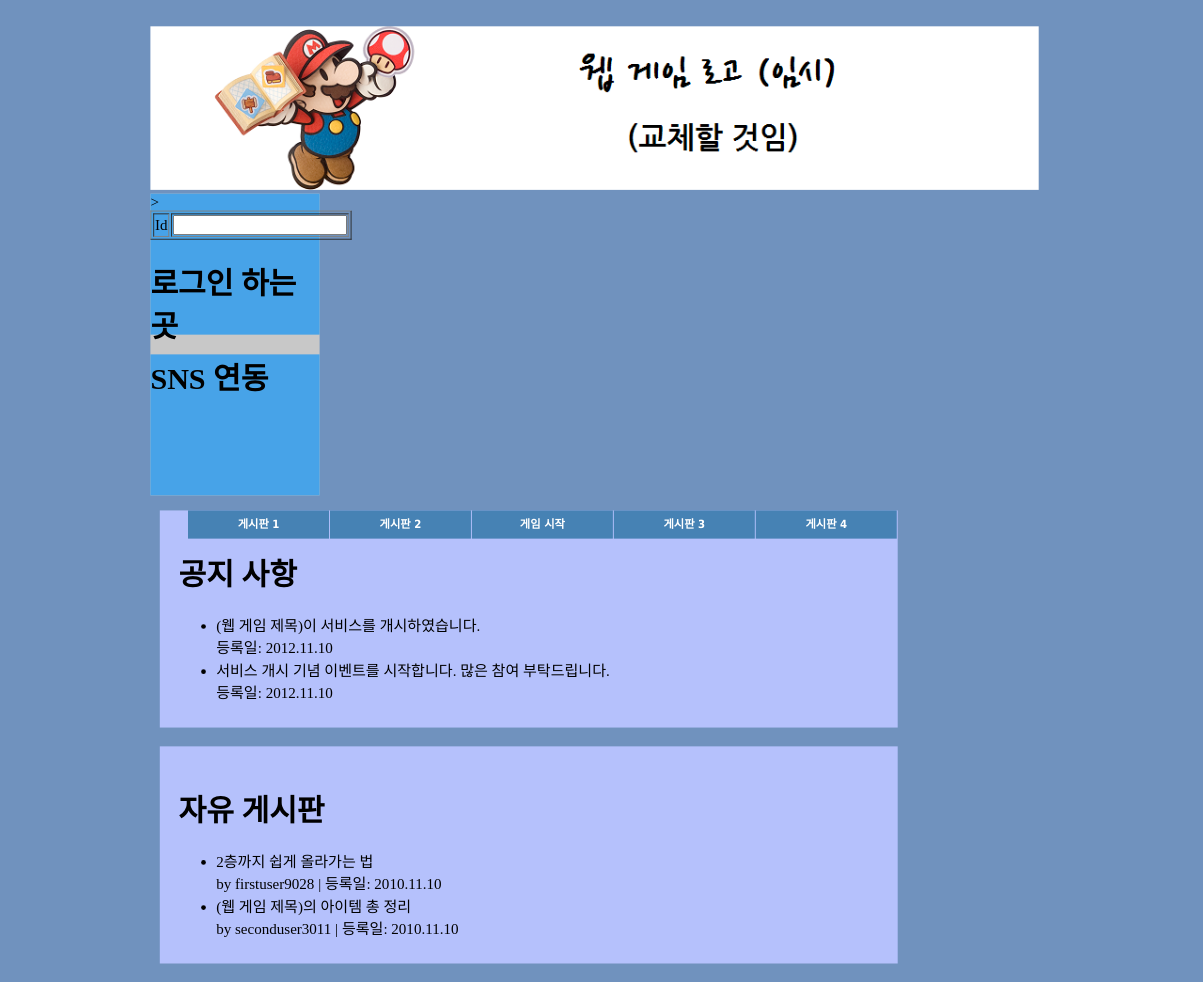
Repository: gunhe123/web_programing_project_Team_4
Page: http://localhost/web_game/
These files come from the project's save history. The page is drawn as it stood at one moment and after the next save; the edit follows.
The browser window is 1280 px wide. The pictures show the whole page, at 94% of full size.
The page is served by Tomcat 9. Nobody is signed in. The application's start-up code is not run.

Above is the page before, as saved 2012-11-10 16:39:13.

After the next save:
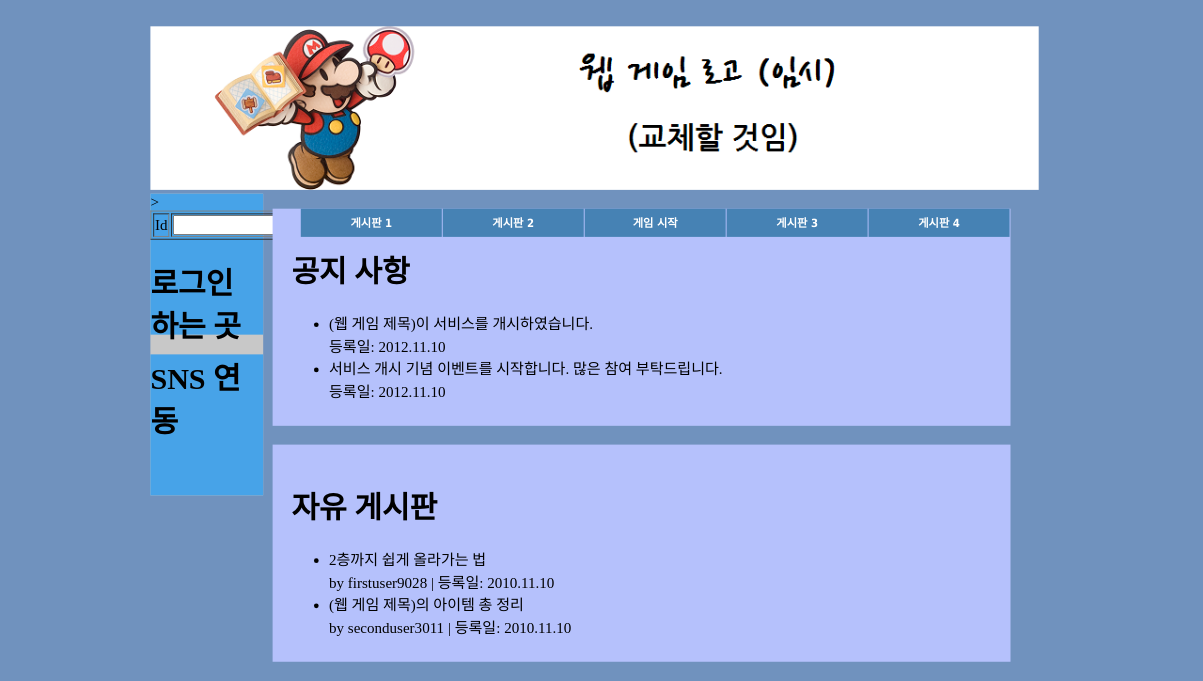
Saved 7 s later.
--- a/web_game/WebContent/stylesheets/main.css
+++ b/web_game/WebContent/stylesheets/main.css
@@ -13,7 +13,7 @@
 
 #sidebar{
 	background:rgb(200,200,200);
-	width:180px;
+	width:120px;
 	float: left;
 }
 #login_box{
